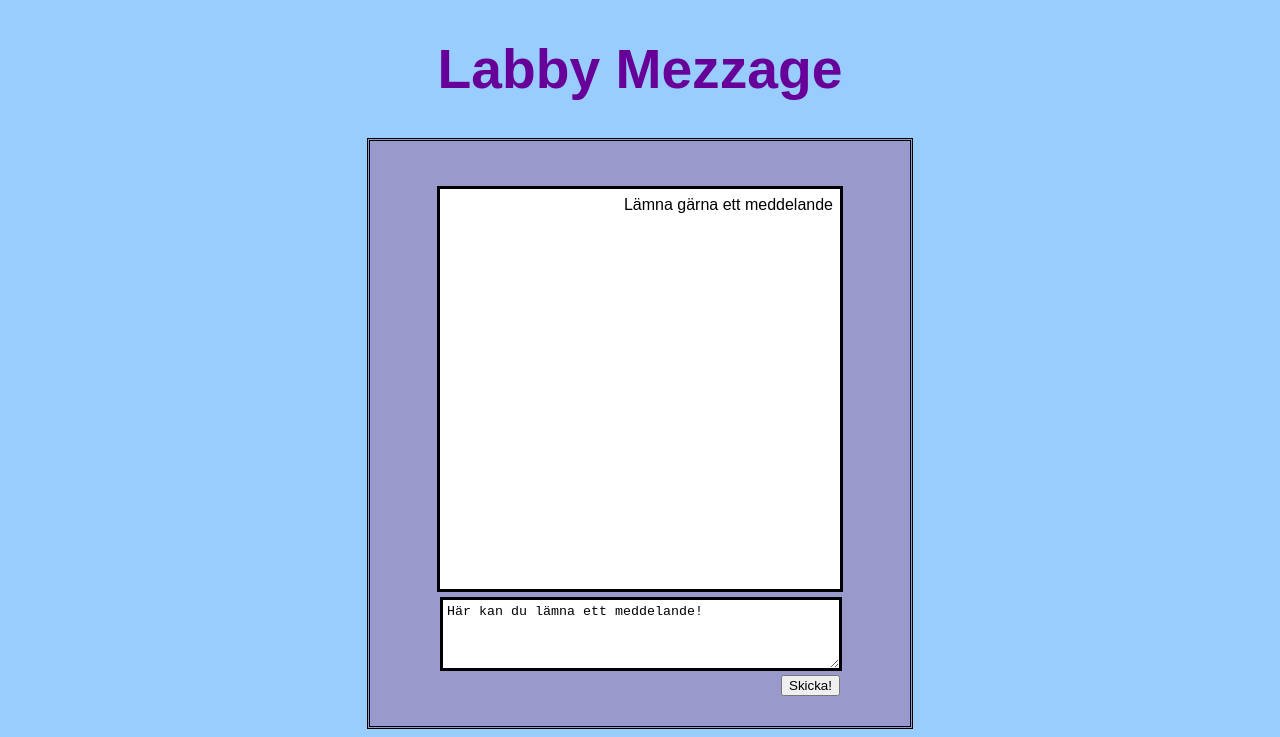
Repository: js223mx/js223mx-1dv403-laborationer
Page: 2-labbymezzage/index.html
The author's editor kept a record of every edit. The page is drawn from the files as they stood at one moment, then again after the next edit.
The browser window is 1280 px wide. The pictures show the whole page.

Above is the page before.

After the next edit:
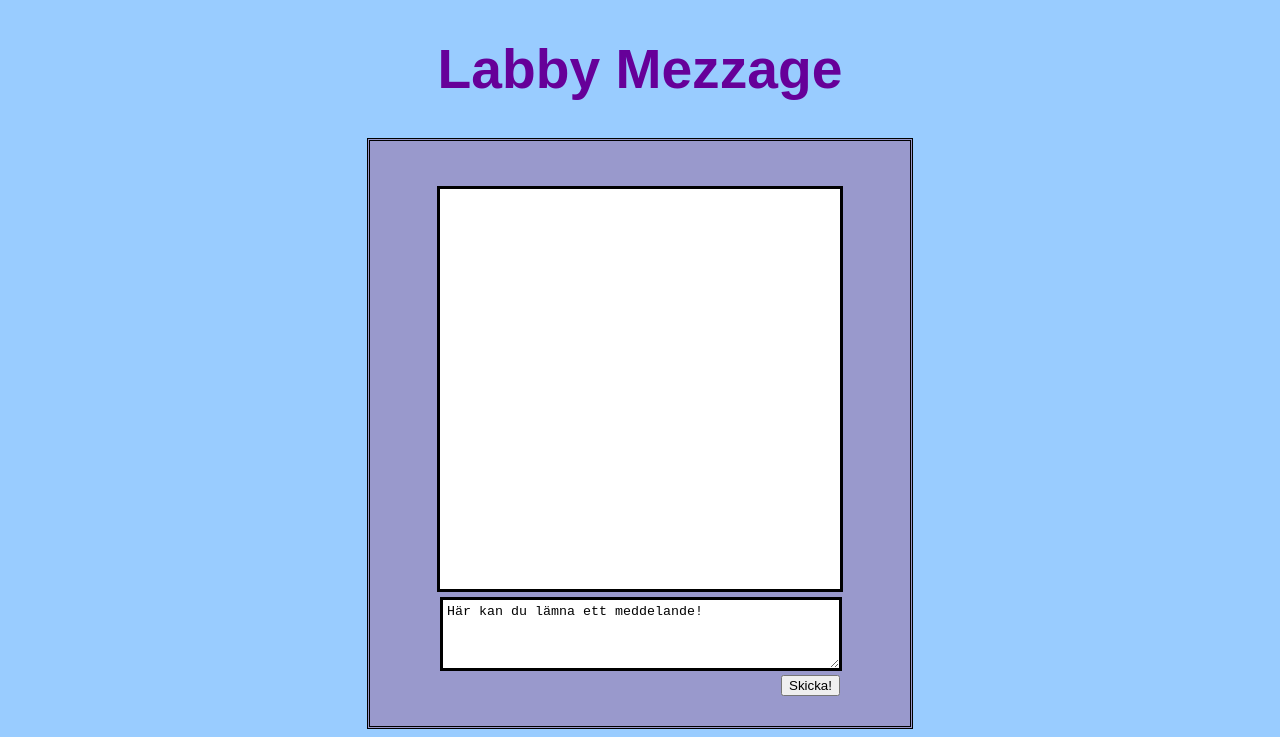
The edit:
--- a/2-labbymezzage/index.html
+++ b/2-labbymezzage/index.html
@@ -14,7 +14,7 @@
      <div id="wrapper">
 
        <div id="content">
-            <p>Lämna gärna ett meddelande</p>
+
             <div id="count"></div>
             <div id="myMessages"></div>
         </div>
